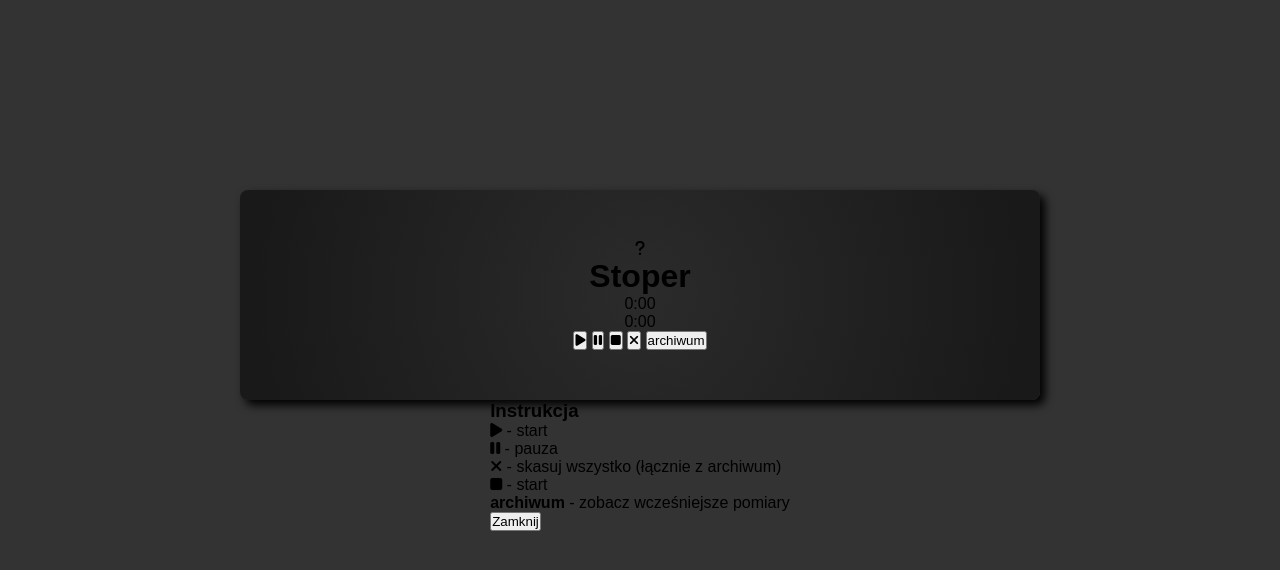
Repository: KrzysKolo/Projekt-5_Stoper
Page: index.html
The author's editor kept a copy of each file at every save. The page is drawn from the files as they stood at one save, then again after the next save.
The browser window is 1280 px wide. The pictures show the whole page.
Some web fonts or font styles are not loaded; a fallback is used. Some web libraries are served in a nearby version.

Above is the page before, as saved 2020-07-05 16:54:23.

### index.html
<!DOCTYPE html>
<html lang="en">
  <head>
    <meta charset="UTF-8" />
    <meta name="viewport" content="width=device-width, initial-scale=1.0" />
    <title>Stoper</title>
    <script
      src="https://kit.fontawesome.com/21efeaf281.js"
      crossorigin="anonymous"
    ></script>
    <link
      href="https://fonts.googleapis.com/css2?family=Montserrat+Subrayada&display=swap"
      rel="stylesheet"
    />
    <link rel="stylesheet" href="./css/style.css" />
  </head>
  <body>
    <div class="wrapper">
      <p class="info">
        <i class="fa fa-question" aria-hidden="true"></i>
      </p>
      <h1>Stoper</h1>
      <p class="stopwatch">0:00</p>
      <p class="time">0:00</p>

      <div class="buttons">
        <button class="start"><i class="fas fa-play"></i></button>
        <button class="pouse"><i class="fas fa-pause"></i></button>
        <button class="stop"><i class="fas fa-stop"></i></button>
        <button class="restart"><i class="fas fa-times"></i></button>
        <button class="history">archiwum</button>
      </div>
      <ul class="time-list"></ul>
    </div>
    <div class="modal-shadow">
      <div class="modal"></div>
      <h3>Instrukcja</h3>
      <p><i class="fas fa-play"></i> - start</p>
      <p><i class="fas fa-pause"></i> - pauza</p>
      <p><i class="fas fa-times"></i> - skasuj wszystko (łącznie z archiwum)</p>
      <p><i class="fas fa-stop"></i> - start</p>
      <p><strong>archiwum</strong> - zobacz wcześniejsze pomiary</p>
      <button class="close">Zamknij</button>
    </div>
    <script src="./js/index.js"></script>
  </body>
</html>

### css/style.css
* {
  box-sizing: border-box;
  padding: 0;
  margin: 0;
}
:root {
  --first-color: #fa1406;
  --second-color: #d2c7be;
}
body {
  display: flex;
  justify-content: center;
  align-items: center;
  flex-direction: column;
  min-height: 100vh;
  font-family: "Montserrat Subrayada", sans-serif;
  background-color: #333333;
}
.wrapper {
  position: relative;
  display: flex;
  justify-content: center;
  align-items: center;
  flex-direction: column;
  padding: 50px;
  width: 800px;
  background-image: radial-gradient(
    circle,
    rgb(43, 43, 43) 0%,
    rgb(25, 25, 25) 93%
  );
  border-radius: 8px;
  box-shadow: 5px 5px 10px black;
}

Loaded but not shown: js/index.js (no stored copy; drawn as an empty file)

After the next save:
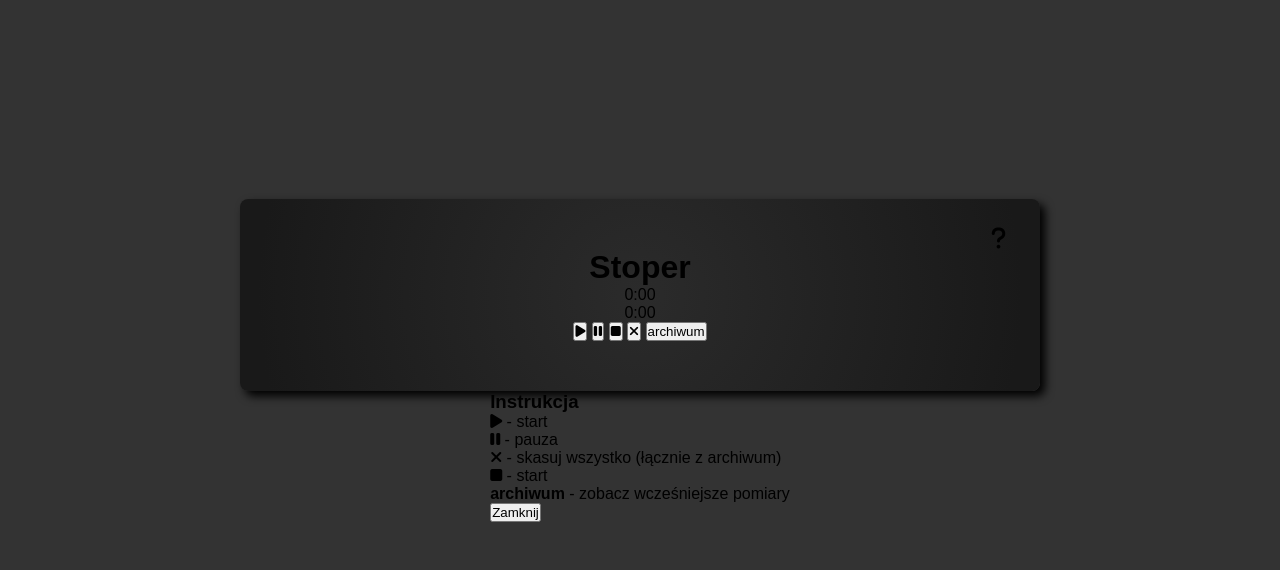
Saved 2 min 5 s later.
--- a/css/style.css
+++ b/css/style.css
@@ -32,3 +32,11 @@ body {
   border-radius: 8px;
   box-shadow: 5px 5px 10px black;
 }
+.info {
+  position: absolute;
+  top: 6px;
+  right: 14px;
+  padding: 20px;
+  font-size: 24px;
+  clear: both;
+}
